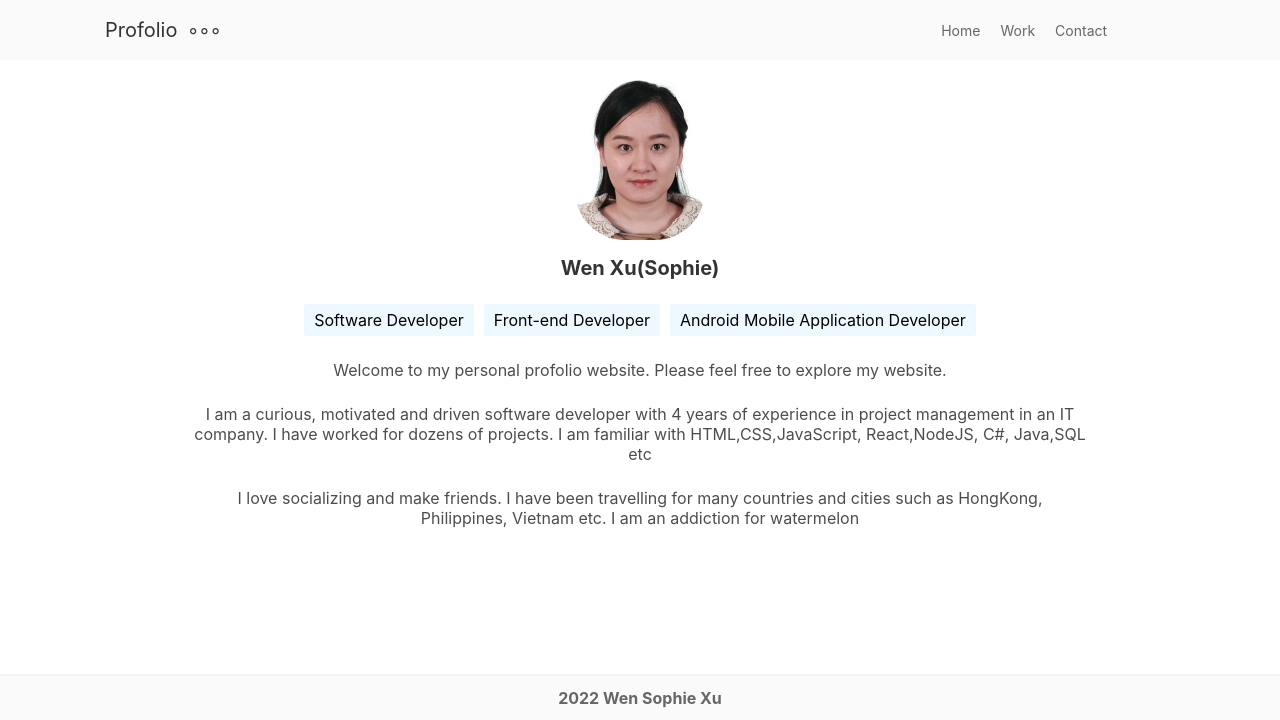
Repository: wenxi0504/myResume_app
Page: /
These files come from the project's save history. The page is drawn as it stood at one moment and after the next save; the edit follows.
The browser window is 1280 px wide. The pictures show the whole page.
The project was rebuilt for these pictures with package versions that can differ from the ones it lists, and the page was loaded fresh each time. Also part of the build but not shown: src/pages/WorkPage/index.js, src/pages/WorkPageDetail/index.js, src/pages/Contact/index.js.

Above is the page before, as saved 2022-01-03 16:19:09.

After the next save:
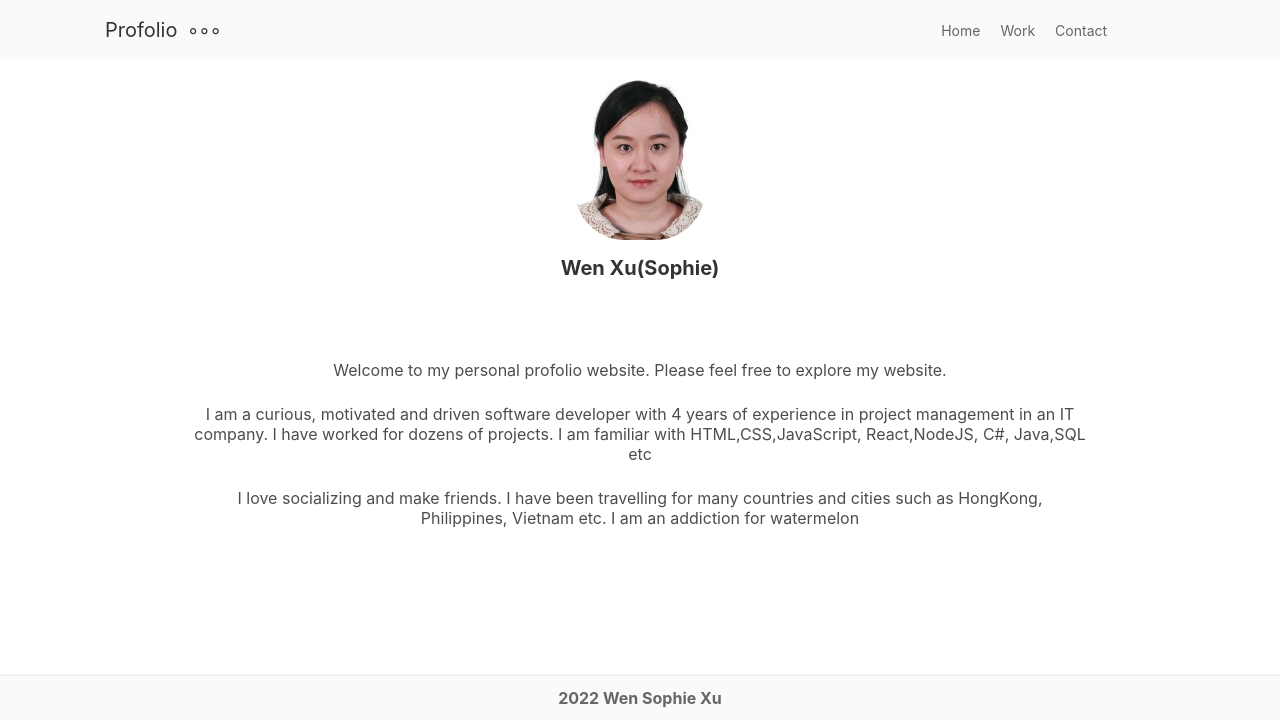
Saved 3 min 26 s later.
--- a/src/pages/HomePage/home.module.scss
+++ b/src/pages/HomePage/home.module.scss
@@ -25,9 +25,16 @@
              li{
                 padding: 6px 10px;
                 background: rgba(87, 199, 255, 0.1);
+                transform: scaleX(0);
+                transform-origin: right;
+                transition: transform 0.5s;
                 margin: 12px 5px;
                 border-radius: 3px;
              }
+           }
+
+           ul li a:hover{
+               color: aqua;
            }
            p{
             padding: 12px 0px;

After the 3 saves that followed:
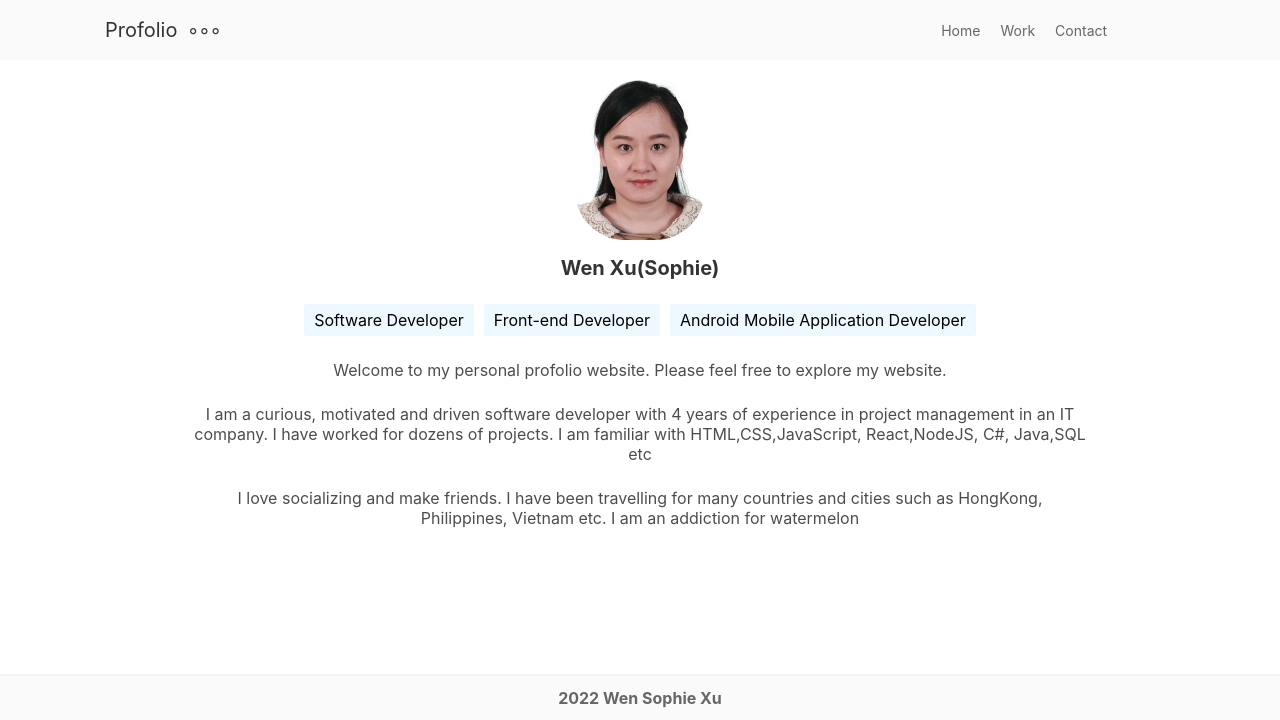
The 3 saves are shown as one change because 2 left the picture as it was.
The last was saved 4 min 3 s later.
--- a/src/index.css
+++ b/src/index.css
@@ -35,7 +35,9 @@ small{
 }
 ul, ol {
   list-style:none;
+
 }
+
 a {
   text-decoration:none;
 }
--- a/src/pages/HomePage/home.module.scss
+++ b/src/pages/HomePage/home.module.scss
@@ -25,17 +25,11 @@
              li{
                 padding: 6px 10px;
                 background: rgba(87, 199, 255, 0.1);
-                transform: scaleX(0);
-                transform-origin: right;
-                transition: transform 0.5s;
                 margin: 12px 5px;
                 border-radius: 3px;
              }
            }
 
-           ul li a:hover{
-               color: aqua;
-           }
            p{
             padding: 12px 0px;
             color: rgba(0, 0, 0, 0.7);
